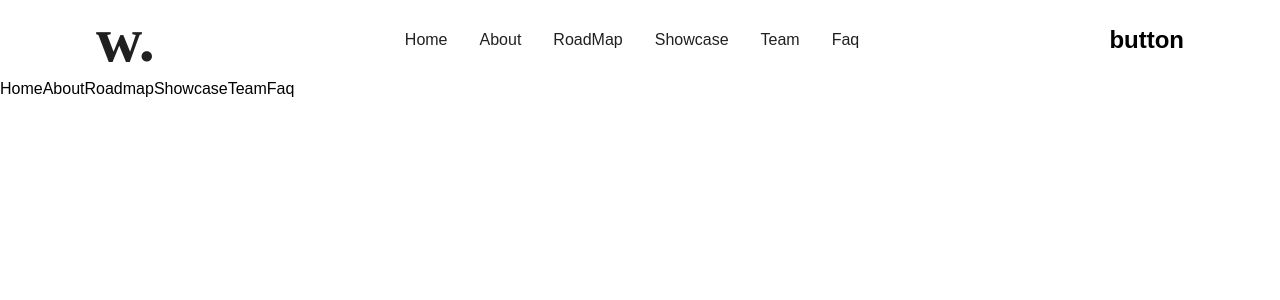
Repository: guilhermecardoso93/The-Weirdos-NFT-Website-Starter-Code
Page: /
These files come from the project's save history. The page is drawn as it stood at one moment and after the next save; the edit follows.
The browser window is 1280 px wide. The pictures show the whole page.
Some web fonts or font styles are not loaded; a fallback is used. The project was rebuilt for these pictures with package versions that can differ from the ones it lists, and the page was loaded fresh each time.

Above is the page before, as saved 2023-11-13 21:03:08.

After the next save:
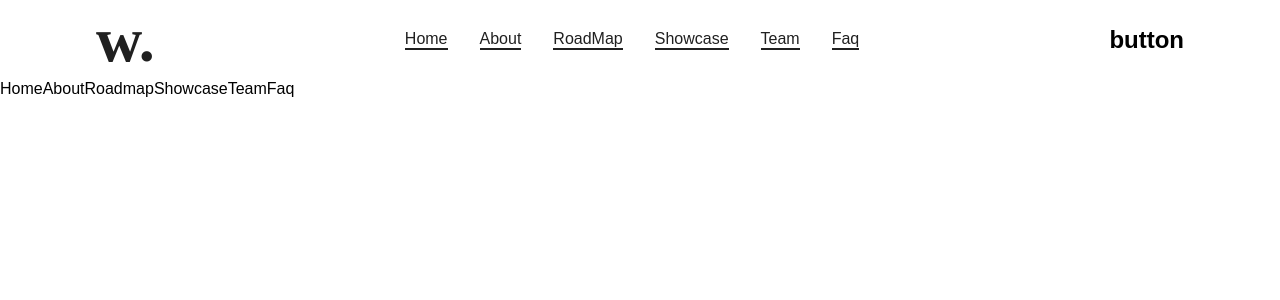
Saved 14 min 26 s later.
--- a/src/components/Navigation/style.js
+++ b/src/components/Navigation/style.js
@@ -25,5 +25,18 @@
     margin: 0 1rem;
     color: ${props => props.theme.text};
     cursor: pointer;
+
+    &::after {
+      content: '';
+      display: block;
+      width: 100%;
+      height: 2px;
+      background-color: ${props => props.theme.text};
+      transition: width 0.3 ease;
+    }
+
+    &:hover::after {
+
+    }
   }
 `
